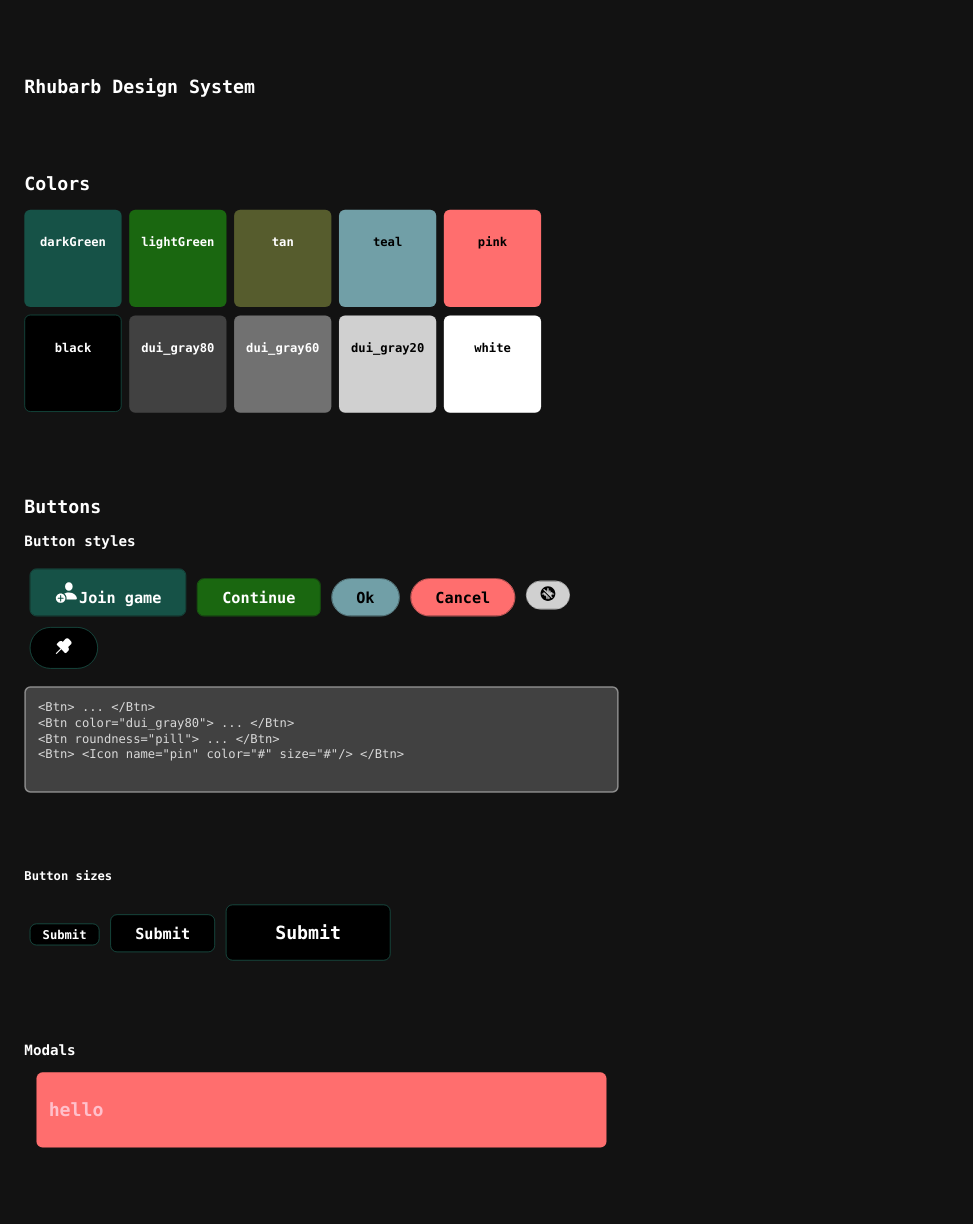
Repository: kttalley/designing-with-data_react-class
Page: / (app in lesson6_design-system-component-extension/)
The author's editor kept a copy of each file at every save. The page is drawn from the files as they stood at one save, then again after the next save.
The browser window is 1280 px wide. The pictures show the whole page, at 76% of full size.
The project was rebuilt for these pictures with package versions that can differ from the ones it lists, and the page was loaded fresh each time. Imported but missing from the stored project, and not drawn on this page: lesson6_design-system-component-extension/src/Rhubarb/Input.

Above is the page before, as saved 2023-09-01 12:21:46.

After the next save:
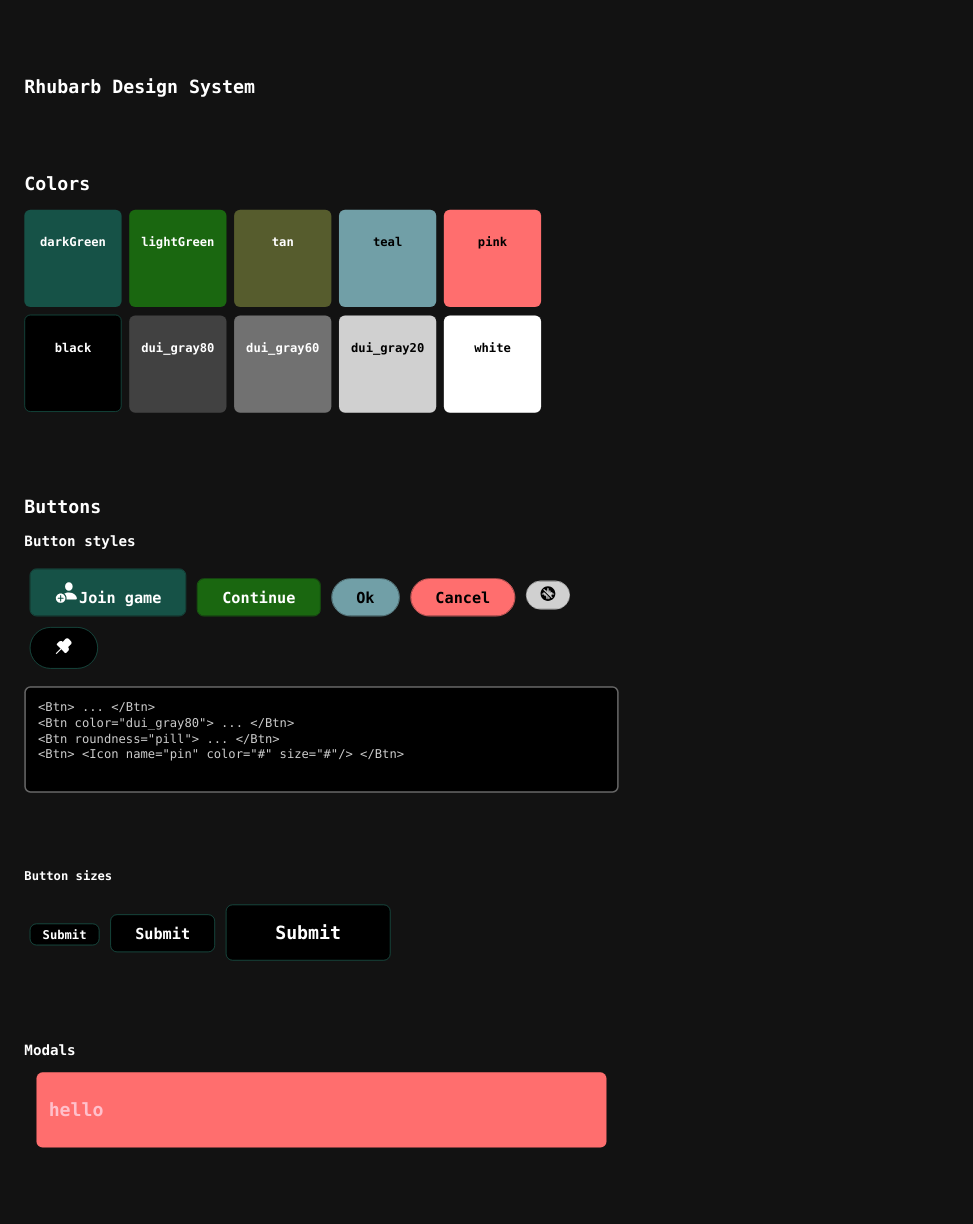
Saved 20 s later.
--- a/lesson6_design-system-component-extension/src/Docs/index.js
+++ b/lesson6_design-system-component-extension/src/Docs/index.js
@@ -30,7 +30,7 @@ export const DocsModalContainer = styled.section`
 
 export const DocsCodeBlock = styled.code`
   border: 2px solid ${color.dui_gray60};
-  background-color: ${color.dui_gray80};
+  background-color: ${color.black};
   color: ${color.dui_gray20};
   border-radius: 8px;
   display: block;
